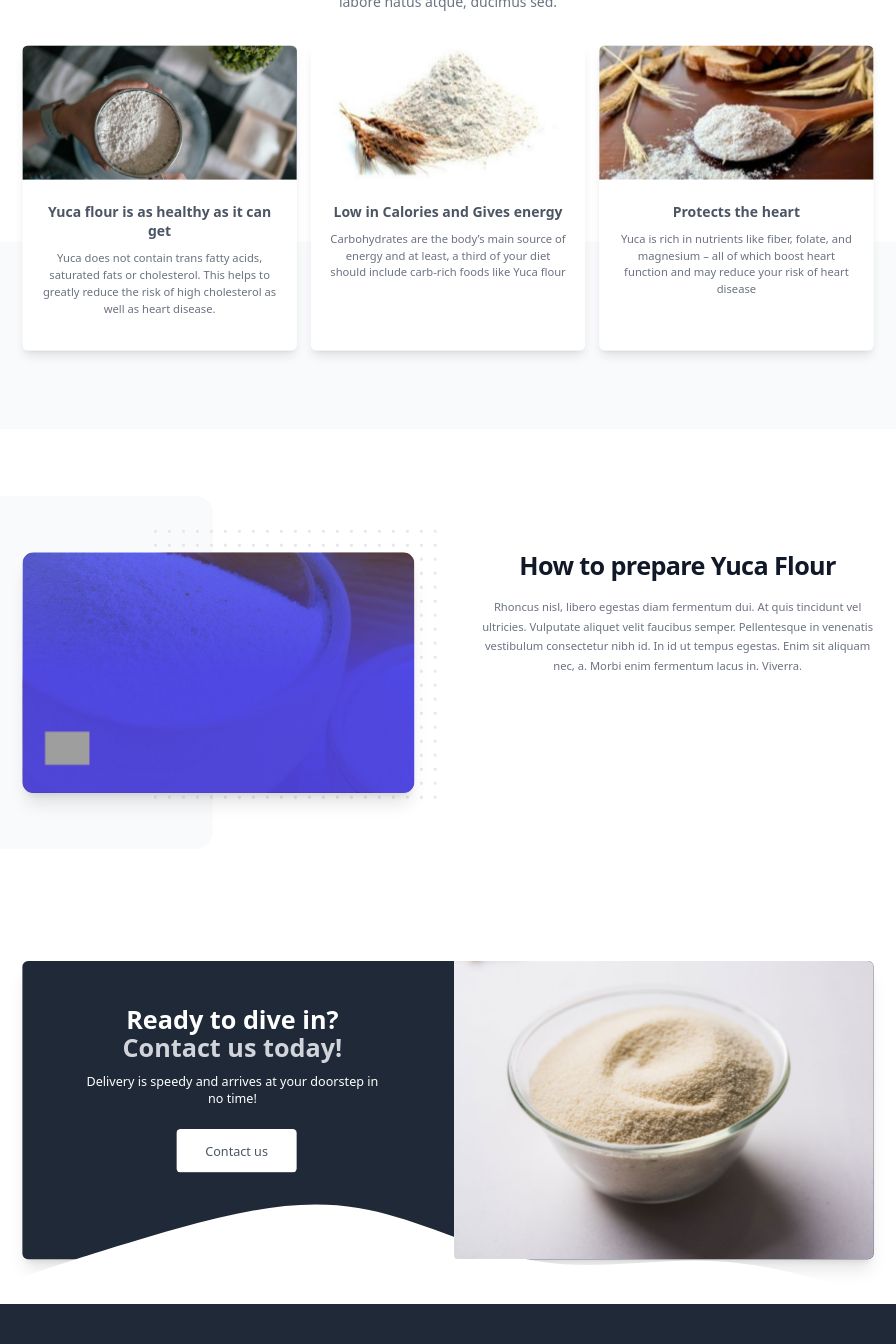
Repository: bellatrick/prime-foods
Page: /
The author's editor kept a copy of each file at every save. The page is drawn from the files as they stood at one save, then again after the next save.
The browser window is 1280 px wide. The pictures show the part of the page from y = 937 to 2857 px (the page is 3008 px tall), at 70% of full size.
Pictures or frames that could not be fetched are drawn as grey boxes. Some web fonts or font styles are not loaded; a fallback is used. The project was rebuilt for these pictures with package versions that can differ from the ones it lists, and the page was loaded fresh each time.

Above is the page before, as saved 2022-05-01 12:35:56.

### public/index.html
<!DOCTYPE html>
<html lang="en">
  <head>
    <meta charset="utf-8" />
    <link rel="icon" href="%PUBLIC_URL%/favicon.ico" />
    <meta name="viewport" content="width=device-width, initial-scale=1" />
    <meta name="theme-color" content="#000000" />
    <meta
      name="description"
      content="Web site created using create-react-app"
    />
    <link rel="apple-touch-icon" href="%PUBLIC_URL%/logo192.png" />
    <link rel="preconnect" href="https://fonts.googleapis.com" />
    <link rel="preconnect" href="https://fonts.gstatic.com" crossorigin />
    <link
      href="https://fonts.googleapis.com/css2?family=Dancing+Script:wght@400;500;600;700&family=Inter:wght@100;200;300;400;500;700;900&family=Kavoon&display=swap"
      rel="stylesheet"
    />
    <!--
      manifest.json provides metadata used when your web app is installed on a
      user's mobile device or desktop. See https://developers.google.com/web/fundamentals/web-app-manifest/
    -->
    <link rel="manifest" href="%PUBLIC_URL%/manifest.json" />
    <!--
      Notice the use of %PUBLIC_URL% in the tags above.
      It will be replaced with the URL of the `public` folder during the build.
      Only files inside the `public` folder can be referenced from the HTML.

      Unlike "/favicon.ico" or "favicon.ico", "%PUBLIC_URL%/favicon.ico" will
      work correctly both with client-side routing and a non-root public URL.
      Learn how to configure a non-root public URL by running `npm run build`.
    -->
    <title>React App</title>
  </head>
  <body>
    <noscript>You need to enable JavaScript to run this app.</noscript>
    <div id="root"></div>
    <!--
      This HTML file is a template.
      If you open it directly in the browser, you will see an empty page.

      You can add webfonts, meta tags, or analytics to this file.
      The build step will place the bundled scripts into the <body> tag.

      To begin the development, run `npm start` or `yarn start`.
      To create a production bundle, use `npm run build` or `yarn build`.
    -->
  </body>
</html>

### src/App.js
import Hero from './components/Hero'
import Features from './components/Features'
import Cta from './components/Cta'
import Footer from './components/Footer'
import Content from './components/Content'
import './App.css';

function App() {
  return (
    <div className="App">
     <Hero/>
     <Features/>
     <Content/>
     <Cta/>
     <Footer/>

    </div>
  );
}

export default App;

### src/components/Hero.jsx
import { Popover } from "@headlessui/react";
import img1 from "../assets/img7.jpg";
import logo from "../assets/prime.jpg";
import Fade from "react-reveal/Fade";

export default function Example() {
  return (
    <div className="relative bg-gray-800">
      <Popover className="relative bg-white shadow">
        <div className="max-w-7xl mx-auto px-4 sm:px-6">
          <div className="flex justify-between items-center py-6  md:space-x-10">
            <div className="flex justify-start lg:w-0 lg:flex-1">
              <img
                src={logo}
                alt=""
                className="h-12 w-auto sm:h-12 object-fill"
              />
            </div>
            <div className="flex gap-8 text-white font-bold cursor-pointer  ">
              <a
                className="hover:bg-gray-400 hover:text-white w-32 py-2 text-white bg-gray-800 rounded-md"
                href="#About"
              >
                About{" "}
              </a>
              <a
                className="hover:bg-gray-400 hover:text-white w-32 py-2 text-white bg-gray-800 rounded-md"
                href="#contact-us"
              >
                Contact us
              </a>
            </div>
          </div>
        </div>
      </Popover>

      <main className="lg:relative">
        <div className="mx-auto max-w-7xl w-full pt-16 pb-20 text-center lg:py-48 lg:text-left">
          <div className="px-4 lg:w-1/2 sm:px-8 xl:pr-16">
            <Fade left opposite>
              <h1 className="text-4xl tracking-tight font-extrabold text-white sm:text-5xl md:text-6xl lg:text-5xl xl:text-6xl">
                <span className="block xl:inline">Yuca Flour</span>{" "}
              </h1>
            </Fade>
            <Fade right opposite>
              <p className="mt-3 max-w-md mx-auto text-lg text-gray-100 sm:text-xl md:mt-5 md:max-w-3xl">
                Yuca flour is a product of cassava. It is nutrient dense and
                provides all the nourishment your body needs to be fortified.
              </p>
            </Fade>

            <div className="mt-10 flex justify-center lg:justify-start">
              <div className="mt-3 sm:mt-0 sm:ml-3">
                <a
                  href="#About"
                  className="w-72 z-10 flex items-center justify-center px-8 py-2 border border-transparent text-base font-medium rounded-md hover:bg-gray-900 text-white bg-gray-400  cursor-pointer md:py-4 md:text-lg md:px-10"
                >
                  Learn more
                </a>
              </div>
            </div>
          </div>
        </div>

        <Fade bottom opposite>
          <div className="relative w-full h-64 sm:h-72 md:h-96 lg:absolute lg:inset-y-0 lg:right-0 lg:w-1/2 lg:h-full">
            <img
              className="absolute inset-0 w-full h-full object-cover"
              src={img1}
              alt=""
            />
          </div>
        </Fade>
      </main>

      <div className="absolute bottom-0 left-0 right-0 w-full">
        <svg
          xmlns="http://www.w3.org/2000/svg"
          viewBox="0 0 1440 320"
          className="h-48  z-0"
        >
          <path
            fill="#fff"
            fill-opacity="1"
            d="M0,288L48,272C96,256,192,224,288,197.3C384,171,480,149,576,165.3C672,181,768,235,864,250.7C960,267,1056,245,1152,250.7C1248,256,1344,288,1392,304L1440,320L1440,320L1392,320C1344,320,1248,320,1152,320C1056,320,960,320,864,320C768,320,672,320,576,320C480,320,384,320,288,320C192,320,96,320,48,320L0,320Z"
          ></path>
        </svg>
      </div>
    </div>
  );
}

### src/components/Features.jsx
import img1 from "../assets/img2.jpg";
import img2 from "../assets/img3.png";
import img3 from "../assets/img4.jfif";
import Fade from "react-reveal/Fade";
const posts = [
  {
    title: "Yuca flour is as healthy as it can get",
    description:
      "Yuca does not contain trans fatty acids, saturated fats or cholesterol. This helps to greatly reduce the risk of high cholesterol as well as heart disease.",
    imageUrl: img2,
  },
  {
    title: " Low in Calories and Gives energy",
    description:
      "Carbohydrates are the body’s main source of energy and at least, a third of your diet should include carb-rich foods like Yuca flour",
    imageUrl: img1,

  },
  {
    title: "Protects the heart",
    description:
      "Yuca is rich in nutrients like fiber, folate, and magnesium – all of which boost heart function and may reduce your risk of heart disease",
    imageUrl: img3,
  },
];

export default function Example() {
  return (
    <div className="relative bg-gray-50 pt-16 pb-20 px-4 sm:px-6 lg:pt-24 lg:pb-28 lg:px-8" id='About'>
      <div className="absolute inset-0">
        <div className="bg-white h-1/3 sm:h-2/3" />
      </div>
      <div className="relative max-w-7xl mx-auto">
        <div className="text-center">
          <h2 className="text-3xl tracking-tight font-extrabold text-gray-600 sm:text-4xl">
            About Yuca Flour
          </h2>
          <p className="mt-3 max-w-2xl mx-auto text-xl text-gray-500 sm:mt-4">
            Lorem ipsum dolor sit amet consectetur, adipisicing elit. Ipsa
            libero labore natus atque, ducimus sed.
          </p>
        </div>
        <>
          <div className="mt-12 max-w-lg mx-auto grid gap-5 lg:grid-cols-3 lg:max-w-none">
            {posts.map((post) => (
              <Fade cascade opposite left>
                <div
                  key={post.title}
                  className="flex flex-col rounded-lg shadow-lg overflow-hidden"
                >
                  <div className="flex-shrink-0">
                    <img
                      className="h-48 w-full object-cover"
                      src={post.imageUrl}
                      alt="feature img"
                    />
                  </div>
                  <div className="flex-1 bg-white p-6 flex flex-col justify-between">
                    <div className="flex-1">
                      <a href={post.href} className="block mt-2">
                        <p className="text-xl font-semibold text-gray-600">
                          {post.title}
                        </p>
                        <p className="mt-3 text-base text-gray-500">
                          {post.description}
                        </p>
                      </a>
                    </div>
                    <div className="mt-6 flex items-center"></div>
                  </div>
                </div>
              </Fade>
            ))}
          </div>
        </>
      </div>
    </div>
  );
}

### src/components/Cta.jsx
import img1 from "../assets/img9.jpg";
import Slide from "react-reveal/Slide";
import Fade from "react-reveal/Fade";
export default function Example() {
  return (
    <div className="bg-white relative" id="contact-us">
         <div className="absolute bottom-0 left-0 right-0">
        <svg xmlns="http://www.w3.org/2000/svg" viewBox="0 0 1440 320">
          <path
            fill="#fff"
            fill-opacity="1"
            d="M0,288L48,272C96,256,192,224,288,197.3C384,171,480,149,576,165.3C672,181,768,235,864,250.7C960,267,1056,245,1152,250.7C1248,256,1344,288,1392,304L1440,320L1440,320L1392,320C1344,320,1248,320,1152,320C1056,320,960,320,864,320C768,320,672,320,576,320C480,320,384,320,288,320C192,320,96,320,48,320L0,320Z"
          ></path>
        </svg>
      </div>
      <div className="max-w-7xl mx-auto py-16 px-4 sm:px-6 lg:px-8">
        <div className="bg-gray-800 rounded-lg shadow-xl overflow-hidden lg:grid lg:grid-cols-2 lg:gap-4">
          <div className="pt-6 pb-12 px-6 sm:pt-10 sm:px-16 lg:py-16 lg:pr-0 xl:py-16 xl:px-20">
            <div className="lg:self-center">
              <h2 className="text-2xl font-extrabold text-white sm:text-4xl">
                <Fade left>
                  <span className="block">Ready to dive in?</span>
                </Fade>
                <Fade right>
                  {" "}
                  <span className="block text-gray-300">Contact us today!</span>
                </Fade>
              </h2>
              <Slide left>
                {" "}
                <p className="mt-4 text-lg leading-6 text-white">
                  Delivery is speedy and arrives at your doorstep in no time!
                </p>
              </Slide>
              <Slide left>
                <div className="mt-4 flex justify-center sm:mt-8 sm:ml-3 cursor-pointer">
                  <a
                    href={`https://wa.me/${'+2348108932677'}/?text=${'Hello, i just got off your website and i would like to...'}`}
                    rel="noreferrer"
                    className=" flex items-center justify-center px-8 py-3 border border-transparent text-base font-medium rounded-md bg-white text-gray-600 hover:bg-gray-400 hover:text-white cursor-pointer md:py-4 md:text-lg md:px-10"
                  >
                    Contact us
                  </a>
                </div>
              </Slide>
            </div>
          </div>{" "}
          <div className="-mt-6 aspect-w-5 aspect-h-3 md:aspect-w-2 md:aspect-h-1">
            <Slide right>
              <img
                className="transform translate-x-6 translate-y-6 rounded-md object-cover object-left-top sm:translate-x-16 lg:translate-y-20"
                src={img1}
                alt="App screenshot"
              />
            </Slide>
          </div>
        </div>
      </div>

    </div>
  );
}

### src/components/Footer.jsx
/* This example requires Tailwind CSS v2.0+ */
const navigation = {
    social: [
      {
        name: 'Facebook',
        href: '#',
        icon: (props) => (
          <svg fill="currentColor" viewBox="0 0 24 24" {...props}>
            <path
              fillRule="evenodd"
              d="M22 12c0-5.523-4.477-10-10-10S2 6.477 2 12c0 4.991 3.657 9.128 8.438 9.878v-6.987h-2.54V12h2.54V9.797c0-2.506 1.492-3.89 3.777-3.89 1.094 0 2.238.195 2.238.195v2.46h-1.26c-1.243 0-1.63.771-1.63 1.562V12h2.773l-.443 2.89h-2.33v6.988C18.343 21.128 22 16.991 22 12z"
              clipRule="evenodd"
            />
          </svg>
        ),
      },
      {
        name: 'Instagram',
        href: '#',
        icon: (props) => (
          <svg fill="currentColor" viewBox="0 0 24 24" {...props}>
            <path
              fillRule="evenodd"
              d="M12.315 2c2.43 0 2.784.013 3.808.06 1.064.049 1.791.218 2.427.465a4.902 4.902 0 011.772 1.153 4.902 4.902 0 011.153 1.772c.247.636.416 1.363.465 2.427.048 1.067.06 1.407.06 4.123v.08c0 2.643-.012 2.987-.06 4.043-.049 1.064-.218 1.791-.465 2.427a4.902 4.902 0 01-1.153 1.772 4.902 4.902 0 01-1.772 1.153c-.636.247-1.363.416-2.427.465-1.067.048-1.407.06-4.123.06h-.08c-2.643 0-2.987-.012-4.043-.06-1.064-.049-1.791-.218-2.427-.465a4.902 4.902 0 01-1.772-1.153 4.902 4.902 0 01-1.153-1.772c-.247-.636-.416-1.363-.465-2.427-.047-1.024-.06-1.379-.06-3.808v-.63c0-2.43.013-2.784.06-3.808.049-1.064.218-1.791.465-2.427a4.902 4.902 0 011.153-1.772A4.902 4.902 0 015.45 2.525c.636-.247 1.363-.416 2.427-.465C8.901 2.013 9.256 2 11.685 2h.63zm-.081 1.802h-.468c-2.456 0-2.784.011-3.807.058-.975.045-1.504.207-1.857.344-.467.182-.8.398-1.15.748-.35.35-.566.683-.748 1.15-.137.353-.3.882-.344 1.857-.047 1.023-.058 1.351-.058 3.807v.468c0 2.456.011 2.784.058 3.807.045.975.207 1.504.344 1.857.182.466.399.8.748 1.15.35.35.683.566 1.15.748.353.137.882.3 1.857.344 1.054.048 1.37.058 4.041.058h.08c2.597 0 2.917-.01 3.96-.058.976-.045 1.505-.207 1.858-.344.466-.182.8-.398 1.15-.748.35-.35.566-.683.748-1.15.137-.353.3-.882.344-1.857.048-1.055.058-1.37.058-4.041v-.08c0-2.597-.01-2.917-.058-3.96-.045-.976-.207-1.505-.344-1.858a3.097 3.097 0 00-.748-1.15 3.098 3.098 0 00-1.15-.748c-.353-.137-.882-.3-1.857-.344-1.023-.047-1.351-.058-3.807-.058zM12 6.865a5.135 5.135 0 110 10.27 5.135 5.135 0 010-10.27zm0 1.802a3.333 3.333 0 100 6.666 3.333 3.333 0 000-6.666zm5.338-3.205a1.2 1.2 0 110 2.4 1.2 1.2 0 010-2.4z"
              clipRule="evenodd"
            />
          </svg>
        ),
      },
      {
        name: 'Twitter',
        href: '#',
        icon: (props) => (
          <svg fill="currentColor" viewBox="0 0 24 24" {...props}>
            <path d="M8.29 20.251c7.547 0 11.675-6.253 11.675-11.675 0-.178 0-.355-.012-.53A8.348 8.348 0 0022 5.92a8.19 8.19 0 01-2.357.646 4.118 4.118 0 001.804-2.27 8.224 8.224 0 01-2.605.996 4.107 4.107 0 00-6.993 3.743 11.65 11.65 0 01-8.457-4.287 4.106 4.106 0 001.27 5.477A4.072 4.072 0 012.8 9.713v.052a4.105 4.105 0 003.292 4.022 4.095 4.095 0 01-1.853.07 4.108 4.108 0 003.834 2.85A8.233 8.233 0 012 18.407a11.616 11.616 0 006.29 1.84" />
          </svg>
        ),
      },
    ],
  }

  export default function Example() {
    return (
      <footer className="bg-gray-800">
        <div className="max-w-7xl mx-auto py-12 px-4 overflow-hidden sm:px-6 lg:px-8">
          <div className="mt-8 flex justify-center space-x-6">
            {navigation.social.map((item) => (
              <a key={item.name} href={item.href} className="text-gray-100 hover:text-gray-200">
                <span className="sr-only">{item.name}</span>
                <item.icon className="h-6 w-6" aria-hidden="true" />
              </a>
            ))}
          </div>
          <p className="mt-8 text-center text-base text-gray-100">&copy; 2022 Prime foods. All rights reserved.</p>
        </div>
      </footer>
    )
  }

### src/components/Content.jsx
import img1 from '../assets/img4.jpg'
  export default function Example() {
    return (
      <div className="relative bg-white py-16 sm:py-24">
        <div className="lg:mx-auto lg:max-w-7xl lg:px-8 lg:grid lg:grid-cols-2 lg:gap-24 lg:items-start">
          <div className="relative sm:py-16 lg:py-0">
            <div aria-hidden="true" className="hidden sm:block lg:absolute lg:inset-y-0 lg:right-0 lg:w-screen">
              <div className="absolute inset-y-0 right-1/2 w-full bg-gray-50 rounded-r-3xl lg:right-72" />
              <svg
                className="absolute top-8 left-1/2 -ml-3 lg:-right-8 lg:left-auto lg:top-12"
                width={404}
                height={392}
                fill="none"
                viewBox="0 0 404 392"
              >
                <defs>
                  <pattern
                    id="02f20b47-fd69-4224-a62a-4c9de5c763f7"
                    x={0}
                    y={0}
                    width={20}
                    height={20}
                    patternUnits="userSpaceOnUse"
                  >
                    <rect x={0} y={0} width={4} height={4} className="text-gray-200" fill="currentColor" />
                  </pattern>
                </defs>
                <rect width={404} height={392} fill="url(#02f20b47-fd69-4224-a62a-4c9de5c763f7)" />
              </svg>
            </div>
            <div className="relative mx-auto max-w-md px-4 sm:max-w-3xl sm:px-6 lg:px-0 lg:max-w-none lg:py-20">
              {/* Testimonial card*/}
              <div className="relative pt-64 pb-10 rounded-2xl shadow-xl overflow-hidden">
                <img
                  className="absolute inset-0 h-full w-full object-cover"
                  src={img1}
                  alt=""
                />
                <div className="absolute inset-0 bg-indigo-500 mix-blend-multiply" />
                <div className="absolute inset-0 bg-gradient-to-t from-indigo-600 via-indigo-600 opacity-90" />
                <div className="relative px-8">
                  <div>
                    <img
                      className="h-12"
                      src="https://tailwindui.com/img/logos/workcation.svg?color=white"
                      alt="Workcation"
                    />
                  </div>
                </div>
              </div>
            </div>
          </div>
          <div className="relative mx-auto max-w-md px-4 sm:max-w-3xl sm:px-6 lg:px-0">
            {/* Content area */}
            <div className="pt-12 sm:pt-16 lg:pt-20">
              <h2 className="text-3xl text-gray-900 font-extrabold tracking-tight sm:text-4xl">
                How to prepare Yuca Flour
              </h2>
              <div className="mt-6 text-gray-500 space-y-6">

                <p className="text-base leading-7">
                  Rhoncus nisl, libero egestas diam fermentum dui. At quis tincidunt vel ultricies. Vulputate aliquet
                  velit faucibus semper. Pellentesque in venenatis vestibulum consectetur nibh id. In id ut tempus
                  egestas. Enim sit aliquam nec, a. Morbi enim fermentum lacus in. Viverra.
                </p>
              </div>
            </div>


          </div>
        </div>
      </div>
    )
  }

### tailwind.config.js
module.exports = {
  content: ["./src/**/*.{js,jsx,ts,tsx}"],
  theme: {
    extend: {
      colors: {
        primary: "#do380c",
      },
      fontFamily: {
        body: ["Inter", "sans-serif"],
        logo: ["Dancing Script", "cursive"],
      },
    },
  },
  plugins: [],
};

Loaded but not shown: src/index.js (common file); src/index.css (common file); src/reportWebVitals.js (common file); src/App.css (common file)

After the next save:
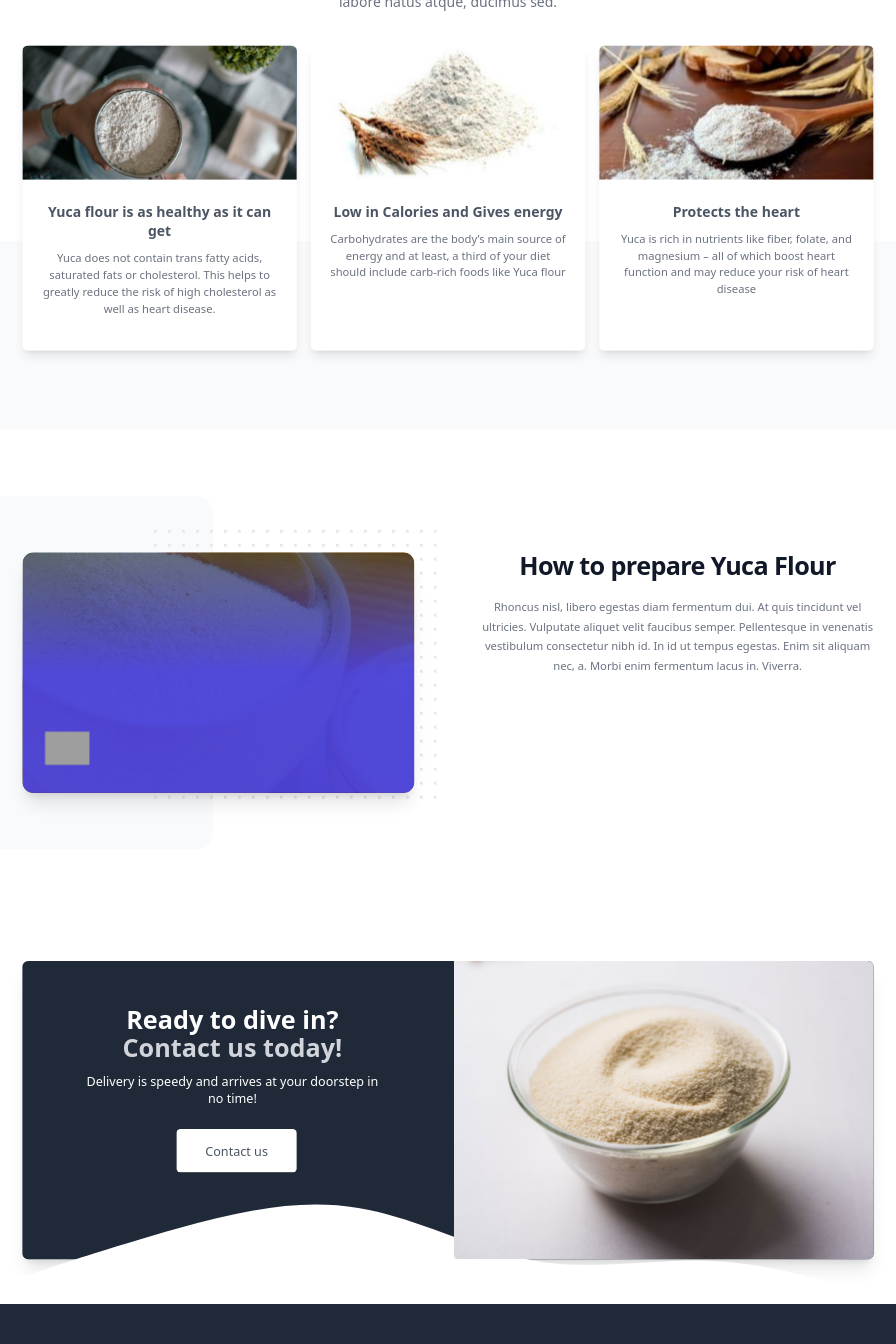
Saved 33 s later.
--- a/src/components/Content.jsx
+++ b/src/components/Content.jsx
@@ -36,7 +36,7 @@ import img1 from '../assets/img4.jpg'
                   src={img1}
                   alt=""
                 />
-                <div className="absolute inset-0 bg-indigo-500 mix-blend-multiply" />
+                <div className="absolute inset-0 bg-gray-500 mix-blend-multiply" />
                 <div className="absolute inset-0 bg-gradient-to-t from-indigo-600 via-indigo-600 opacity-90" />
                 <div className="relative px-8">
                   <div>
